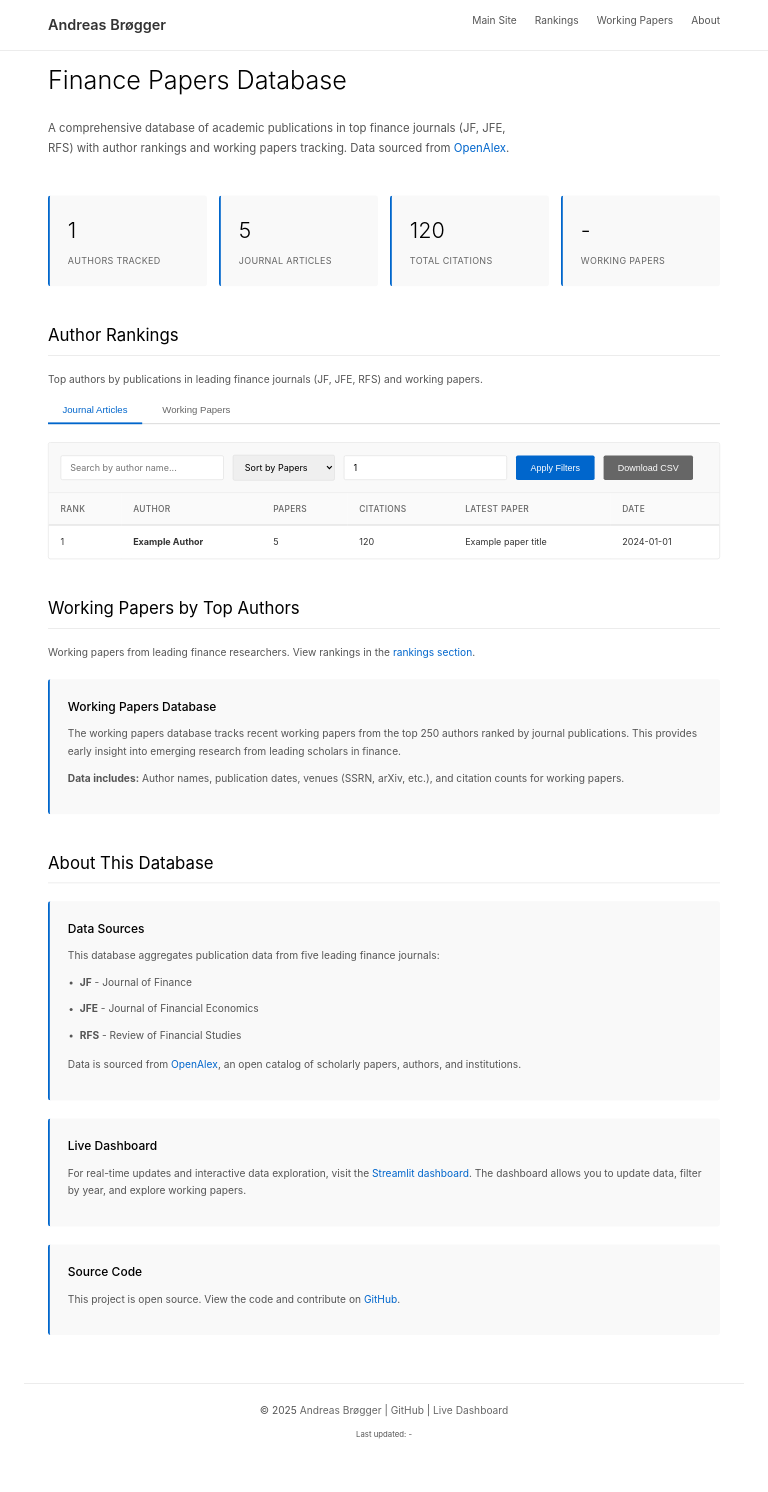
Repository: anbrog/finance-papers
Page: docs/index.html
An editor plug-in stored every save of this project. The page is shown before and after the next save, followed by the edit.
The browser window is 1280 px wide. The pictures show the whole page, at 60% of full size.

Above is the page before, as saved 2025-11-18 11:31:47.

After the next save:
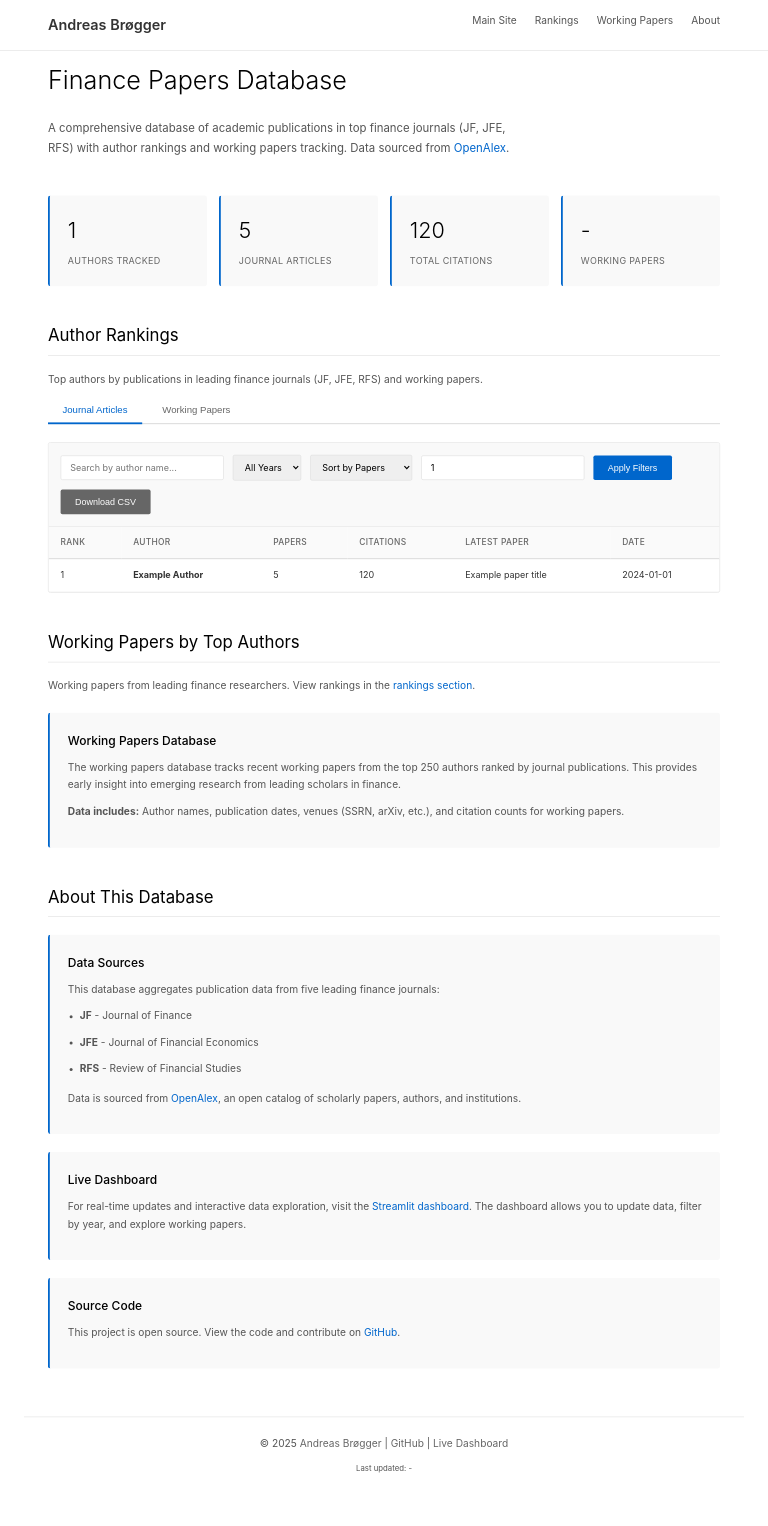
Saved 5 min 16 s later.
--- a/docs/index.html
+++ b/docs/index.html
@@ -430,6 +430,15 @@
             <div class="table-container">
                 <div class="table-controls">
                     <input type="text" id="searchInput" placeholder="Search by author name...">
+                    <select id="yearFilter">
+                        <option value="all">All Years</option>
+                        <option value="2025">2025</option>
+                        <option value="2024">2024</option>
+                        <option value="2023">2023</option>
+                        <option value="2022">2022</option>
+                        <option value="2021">2021</option>
+                        <option value="2020">2020</option>
+                    </select>
                     <select id="sortBy">
                         <option value="papers">Sort by Papers</option>
                         <option value="citations">Sort by Citations</option>
